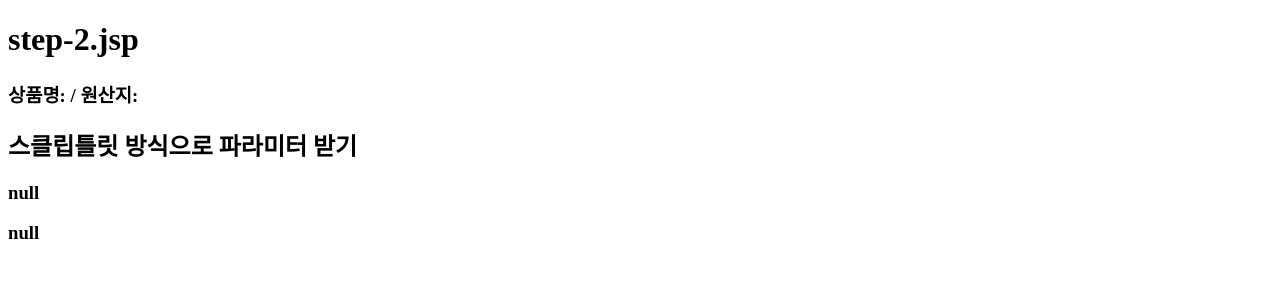
Repository: dtkd19/jsp-jstl_241021
Page: http://localhost/jstl_study/step-2.jsp
These files come from the project's save history. The page is drawn as it stood at one moment and after the next save; the edit follows.
The browser window is 1280 px wide. The pictures show the whole page.
The page is served by Tomcat 9.

Above is the page before, as saved 2024-10-21 03:32:55.

After the next save:
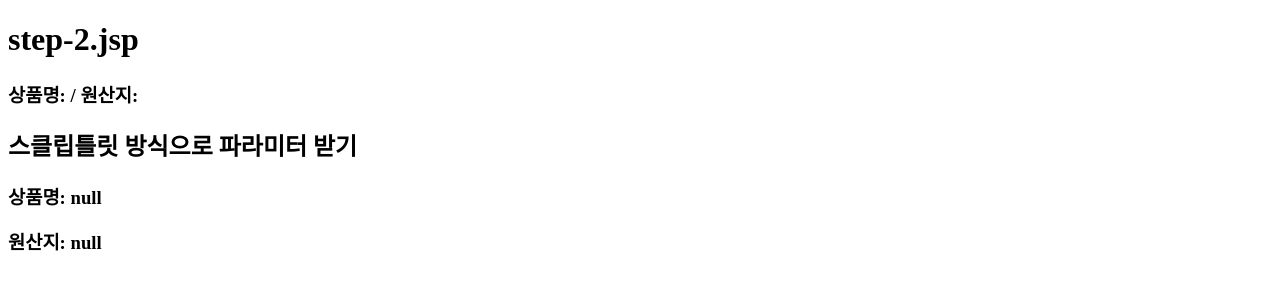
Saved 43 s later.
--- a/jstl_study/src/main/webapp/step-2.jsp
+++ b/jstl_study/src/main/webapp/step-2.jsp
@@ -12,8 +12,8 @@
 	<h3>상품명: ${param.name } / 원산지: ${param.addr }</h3>
 
 	<h2>스클립틀릿 방식으로 파라미터 받기</h2>
-	<h3><%= request.getParameter("name") %></h3>
-	<h3><%= request.getParameter("addr") %></h3>
+	<h3>상품명: <%= request.getParameter("name") %></h3>
+	<h3>원산지: <%= request.getParameter("addr") %></h3>
 
 
 </body>
